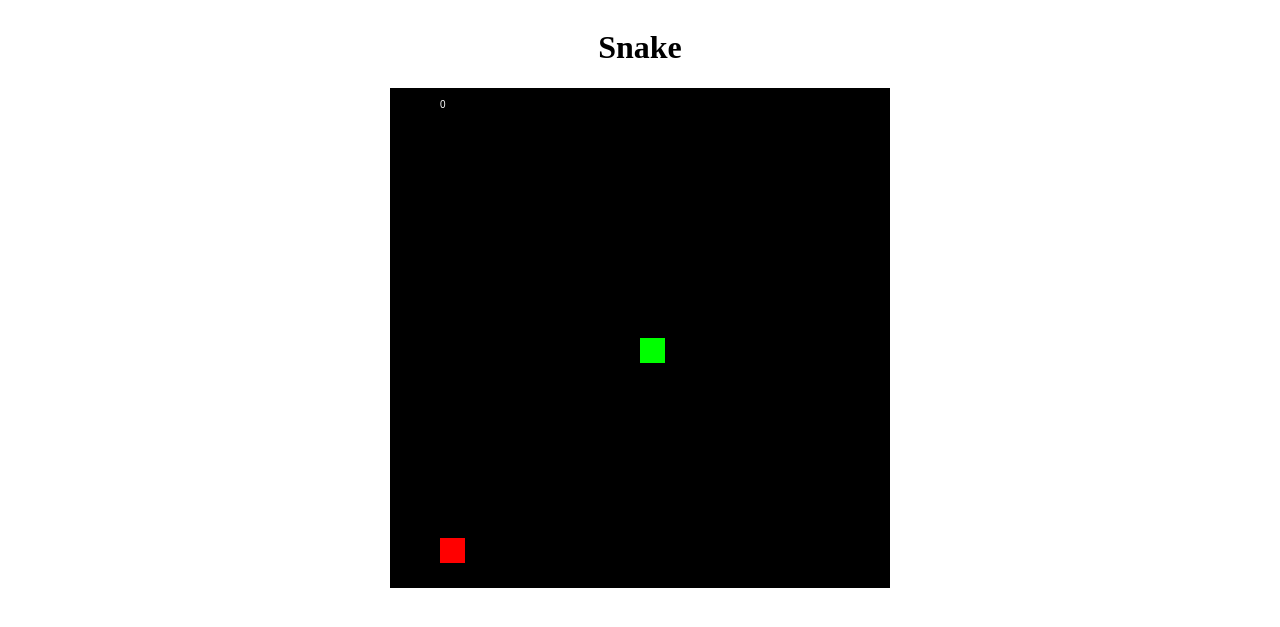
Repository: Siphamandla201/snake
Page: snake.html
An editor plug-in stored every save of this project. The page is shown before and after the next save, followed by the edit.
The browser window is 1280 px wide. The pictures show the whole page.

Above is the page before, as saved 2023-07-26 12:51:43.

### snake.html
<!DOCTYPE html>
<html lang="en">
<head>
    <meta charset="UTF-8">
    <meta name="viewport" content="width=device-width, initial-scale=1.0">
    <title>Snake</title>
    <style>
      body {
        display: flex;
        align-items: center;
        justify-content: center;
        flex-direction: column;
        /* background-color: black;
        color: aliceblue; */
      }
    </style>
</head>
<body>
    <h1>Snake</h1>
    <canvas id="board"></canvas>
</body>
<script src="snake.js"></script>
</html>

### snake.js
const blockSize = 25;
const board = document.getElementById('board');
const context = board.getContext("2d");
const boardHeight = 500;
const boardWidth = 500;


let snake = {
    x : boardWidth / 2,
    y : boardHeight / 2,
    xv : 0,
    yv : 0,
    snakeBody : [],

}

// food
let food = {
    x : blockSize * 5,
    y : blockSize * 5,
}

// Game lives
let gameLives = 2

// Score
let score = 0;

// Game Over
let gameOver = false;

window.onload = function () {
    board.height = boardHeight;
    board.width = boardWidth;


    placeFood();
    document.addEventListener("keyup", changeDirection);
    setInterval(update, 1000/8);
}

function checkGameOver() {
    if (gameOver) {
        context.font = "40px"; // Set the font size before using context.fillText()
        context.fillText("game over : press space button to restart", 180, 50);
        return;
    }
}

function placeFood() {
    food.x = Math.floor(Math.random() * (boardWidth / blockSize)) * blockSize;
    food.y = Math.floor(Math.random() * (boardHeight / blockSize)) * blockSize;
}

function eatFood(){
    // to check if food is eaten by snake
    if(snake.x == food.x && snake.y == food.y) {
        snake.snakeBody.push({x: food.x, y: food.y});
        score += 5;
        placeFood();
    }

    // Removes food from frame
    for(let i = snake.snakeBody.length - 1; i > 0; i--) {
        snake.snakeBody[i] = snake.snakeBody[i-1];
    }
    if (snake.snakeBody.length) {
        snake.snakeBody[0] = {x : snake.x, y: snake.y}
    }
}

function newLevel () {
    // code goes here
}

function highScore () {
    // code goes here
}

function liveLeft() {
    if(gameOver) {
        if(gameLives < 0) {
            gameLives -- ;

            snake.x = boardWidth / 2;
            snake.y = boardHeight / 2;

            snake.xv = 0;
            snake.yv = 0;

            gameOver = false;
            placeFood();

            context.font = "40px";
            context.fillText('you have {gameLives} left' , 180, 50);

        }

    } else {
        resetGame();
    }

}

function drawSnake() {
    context.fillStyle = 'lime';
    context.fillRect(snake.x,snake.y, blockSize, blockSize);

    for(let i = 0; i < snake.snakeBody.length; i++) {
        context.fillRect(snake.snakeBody[i].x, snake.snakeBody[i].y, blockSize, blockSize);
    }
}

function checkAlive() {
    if (snake.x < 0 ) {
        gameOver = true;
        snake.x = 0;
    } else if (snake.x > board.width) {
        gameOver = true;
        snake.x = board.width - blockSize;
    }

    // Check for collision with top and bottom walls
    if (snake.y < 0) {  // Check for collision with top
        gameOver = true;
        snake.yv = 0;
        snake.y = 0; // Keep the snake at the top edge of the board

    } else if (snake.y + blockSize > board.height) {  // Check for collision bottom walls
        gameOver = true;
        snake.yv = 0;
        snake.y = board.height - blockSize; // Keep the snake at the bottom edge of the board

    }

    for(let i = 0; i < snake.snakeBody.length; i++) {
        if (snake.x == snake.snakeBody[i].x && snake.y == snake.snakeBody[i].y) {
            gameOver = true;
        }
    }

}

function update() {

    // Styling the canvas
    context.fillStyle = 'black';
    context.fillRect(0,0, board.width, board.height);

    // styling the food
    context.fillStyle = 'red';
    context.fillRect(food.x,food.y, blockSize, blockSize);

    eatFood()

    if (!gameOver) {
        snake.x += snake.xv * blockSize;
        snake.y += snake.yv * blockSize;
    }

    // show the score
    context.font = '20px';
    context.fillStyle = 'white'
    context.fillText(score, 50, 20);

    checkGameOver();

    drawSnake();
    checkAlive();


}

function changeDirection(event) {
    if(gameOver) {
        if(event.code == 'Space') {
            resetGame();
        } else if(event.code == 'Enter') {
            resetGame();
        }
    }
    if(event.code == "ArrowUp" && snake.yv != 1 ) {
        snake.xv = 0;
        snake.yv = -1;
    } else if(event.code == "ArrowDown" && snake.yv != -1 ) {
        snake.xv = 0;
        snake.yv = 1;
    } else if(event.code == "ArrowRight" && snake.xv != -1) {
        snake.xv = 1;
        snake.yv = 0;
    } else if(event.code == "ArrowLeft" && snake.xv !=  1) {
        snake.xv = -1;
        snake.yv = 0;
    }
}


function  resetGame() {
    snake.x = boardWidth / 2;
    snake.y = boardHeight / 2;

    snake.xv = 0;
    snake.yv = 0;

    gameOver = false;
    snake.snakeBody = [];
    placeFood();
}


// function newGame() {
//     level = 0;
//     lives = gameLives;
//     score = score;
//     ship = newShip();

//     // // get the high score from local storage
//     // // let scoreStr = localStorage.getItem(SAVE_KEY_SCORE);
//     // if (scoreStr == null) {
//     //     scoreHigh = 0;
//     // } else {
//     //     scoreHigh = parseInt(scoreStr);
//     // }

//     newLevel();
// }


// check for next levels
// if(blockCount == 0) {
//     score += 100*blockRows*blockCol; // bonus points
//     blockRows = Math.min(blockRows + 1, blockMaxRows);
//     createBlocks();
// }

After the next save:
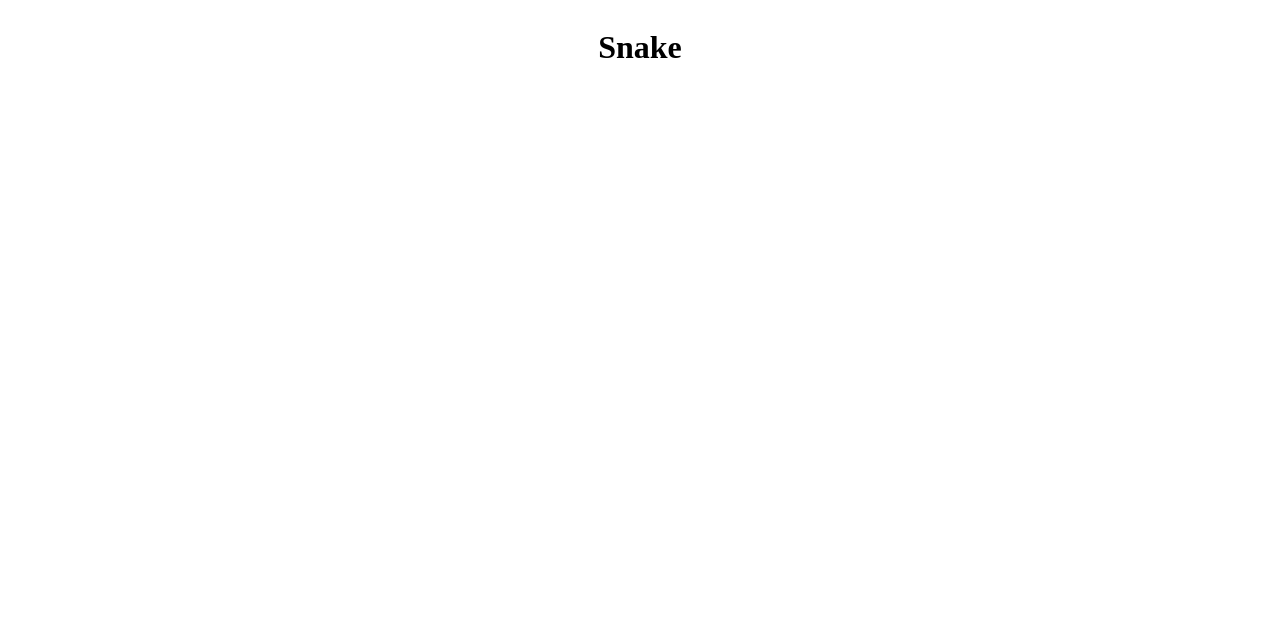
Console error: SyntaxError: Unexpected token 'else'
Saved 32 s later.
--- a/snake.js
+++ b/snake.js
@@ -98,7 +98,20 @@
 
     } else {
         resetGame();
-    }
+    } else {
+        // The game is not over, so reset the number of lives.
+        gameLives = 2; // You may set the initial number of lives here or elsewhere in your code.
+    }
+}
+Save to grepper
+With this updated code, the game will decrement the gameLives variable by one whenever the gameOver condition is met. It will only reset the game and set the number of lives to 2 when the game is not over. This way, the game will properly handle multiple lives before completely resetting.
+
+
+
+
+
+
+
 
 }
 

After the 4 saves that followed:
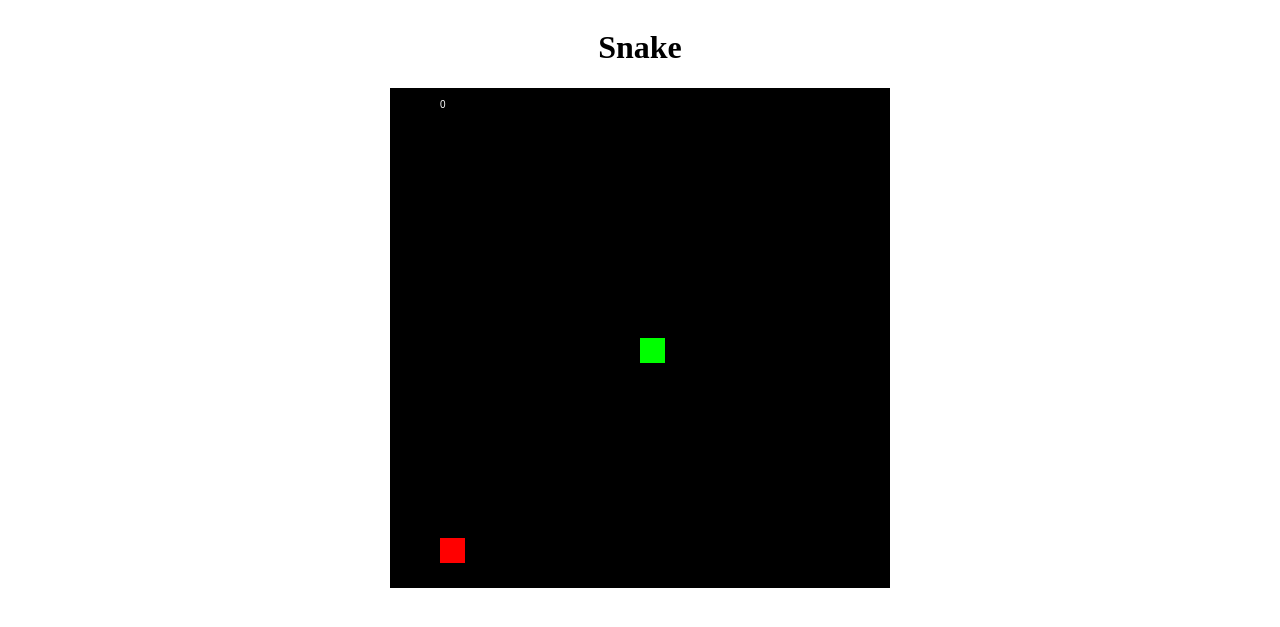
The error is gone.
The 4 saves are shown as one change because 2 left the picture as it was and some came seconds apart.
The last was saved 20 s later.
--- a/snake.js
+++ b/snake.js
@@ -97,23 +97,11 @@
         }
 
     } else {
-        resetGame();
-    } else {
         // The game is not over, so reset the number of lives.
         gameLives = 2; // You may set the initial number of lives here or elsewhere in your code.
     }
 }
-Save to grepper
-With this updated code, the game will decrement the gameLives variable by one whenever the gameOver condition is met. It will only reset the game and set the number of lives to 2 when the game is not over. This way, the game will properly handle multiple lives before completely resetting.
-
-
-
-
-
-
-
-
-}
+
 
 function drawSnake() {
     context.fillStyle = 'lime';
